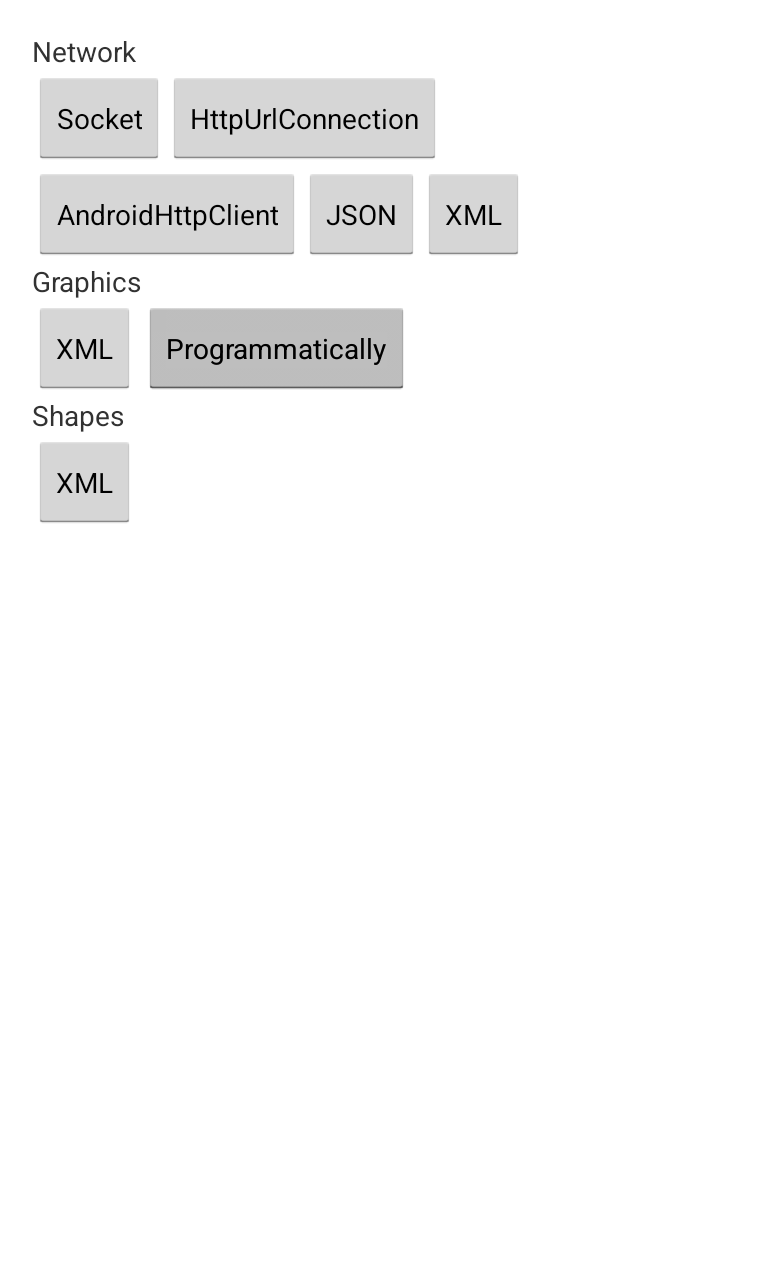
Repository: Amir13/Android_Basic_Steps
Layout: ViewElements4/res/layout/activity_main.xml
An editor plug-in stored every save of this project. The layout is shown before and after the next save, followed by the edit.
It is drawn on a 768 x 1280 px phone screen (xhdpi) without system bars, with theme AppTheme; the app's code is not run.

Above is the layout before, as saved 2014-06-08 15:47:49.

### ViewElements4/res/layout/activity_main.xml
<RelativeLayout xmlns:android="http://schemas.android.com/apk/res/android"
    xmlns:tools="http://schemas.android.com/tools"
    android:layout_width="match_parent"
    android:layout_height="match_parent"
    android:paddingBottom="@dimen/activity_vertical_margin"
    android:paddingLeft="@dimen/activity_horizontal_margin"
    android:paddingRight="@dimen/activity_horizontal_margin"
    android:paddingTop="@dimen/activity_vertical_margin"
    tools:context=".MainActivity" >

    <TextView
        android:id="@+id/textView1"
        android:layout_width="wrap_content"
        android:layout_height="wrap_content"
        android:text="@string/network" />

    <Button
        android:id="@+id/btnSocket"
        style="?android:attr/buttonStyleSmall"
        android:layout_width="wrap_content"
        android:layout_height="wrap_content"
        android:layout_alignParentLeft="true"
        android:layout_below="@+id/textView1"
        android:text="Socket" />

    <Button
        android:id="@+id/btnHttp"
        style="?android:attr/buttonStyleSmall"
        android:layout_width="wrap_content"
        android:layout_height="wrap_content"
        android:layout_alignBaseline="@+id/btnSocket"
        android:layout_alignBottom="@+id/btnSocket"
        android:layout_toRightOf="@+id/btnSocket"
        android:text="HttpUrlConnection" />

    <Button
        android:id="@+id/btnAndroid"
        style="?android:attr/buttonStyleSmall"
        android:layout_width="wrap_content"
        android:layout_height="wrap_content"
        android:layout_alignLeft="@+id/btnSocket"
        android:layout_below="@+id/btnSocket"
        android:text="AndroidHttpClient" />

    <Button
        android:id="@+id/btnJson"
        style="?android:attr/buttonStyleSmall"
        android:layout_width="wrap_content"
        android:layout_height="wrap_content"
        android:layout_alignTop="@+id/btnAndroid"
        android:layout_toRightOf="@+id/btnAndroid"
        android:text="JSON" />

    <Button
        android:id="@+id/btnXml"
        style="?android:attr/buttonStyleSmall"
        android:layout_width="wrap_content"
        android:layout_height="wrap_content"
        android:layout_alignBaseline="@+id/btnJson"
        android:layout_alignBottom="@+id/btnJson"
        android:layout_toRightOf="@+id/btnJson"
        android:text="@string/xml" />

    <Button
        android:id="@+id/btnGraphXml"
        style="?android:attr/buttonStyleSmall"
        android:layout_width="wrap_content"
        android:layout_height="wrap_content"
        android:layout_alignLeft="@+id/textView2"
        android:layout_below="@+id/textView2"
        android:text="@string/xml" />

    <Button
        android:id="@+id/btnGraphProg"
        style="?android:attr/buttonStyleSmall"
        android:layout_width="wrap_content"
        android:layout_height="wrap_content"
        android:layout_alignBaseline="@+id/btnGraphXml"
        android:layout_alignBottom="@+id/btnGraphXml"
        android:layout_toRightOf="@+id/textView2"
        android:text="@string/programmatically" />

    <TextView
        android:id="@+id/textView2"
        android:layout_width="wrap_content"
        android:layout_height="wrap_content"
        android:layout_alignLeft="@+id/btnAndroid"
        android:layout_below="@+id/btnAndroid"
        android:text="@string/title_activity_android_graphics" />

    <TextView
        android:id="@+id/textView3"
        android:layout_width="wrap_content"
        android:layout_height="wrap_content"
        android:layout_alignLeft="@+id/btnGraphXml"
        android:layout_below="@+id/btnGraphXml"
        android:text="@string/title_activity_android_shapes" />

    <Button
        android:id="@+id/btnShapeXml"
        style="?android:attr/buttonStyleSmall"
        android:layout_width="wrap_content"
        android:layout_height="wrap_content"
        android:layout_alignLeft="@+id/textView3"
        android:layout_below="@+id/textView3"
        android:text="@string/xml" />

    <Button
        android:id="@+id/btnShapeProgra"
        style="?android:attr/buttonStyleSmall"
        android:layout_width="wrap_content"
        android:layout_height="wrap_content"
        android:layout_alignBaseline="@+id/btnGraphXml"
        android:layout_alignBottom="@+id/btnGraphXml"
        android:layout_alignLeft="@+id/btnGraphProg"
        android:text="@string/programmatically" />

</RelativeLayout>

### ViewElements4/res/values/dimens.xml
<resources>

    <!-- Default screen margins, per the Android Design guidelines. -->
    <dimen name="activity_horizontal_margin">16dp</dimen>
    <dimen name="activity_vertical_margin">16dp</dimen>
    <dimen name="image_width">250dp</dimen>
    <dimen name="image_height">250dp</dimen>

</resources>

### ViewElements4/res/values/strings.xml
<?xml version="1.0" encoding="utf-8"?>
<resources>

    <string name="app_name">ViewElements4</string>
    <string name="action_settings">Settings</string>
    <string name="network">Network</string>
    <string name="title_activity_http_result">HttpResult</string>
    <string name="title_activity_http_url_connection">NetworkHttpUrlConnection</string>
    <string name="title_activity_android_http">NetworkAndroidHttpClient</string>
    <string name="title_activity_android_json">NetworkAndroidJson</string>
    <string name="title_activity_android_xml">NetworkAndroidXml</string>
    <string name="title_activity_android_graphics">Graphics</string>
    <string name="title_activity_android_shapes">Shapes</string>
    <string name="http_result">This is the result from http request.</string>
    <string name="textViewRequest">Doing the request.....</string>
    <string name="programmatically">Programmatically</string>
    <string name="xml">XML</string>

</resources>

Loaded but not shown: ViewElements4/res/values/styles.xml (common file); ViewElements4/res/values-v11/styles.xml (common file); ViewElements4/res/values-v14/styles.xml (common file)

After the next save:
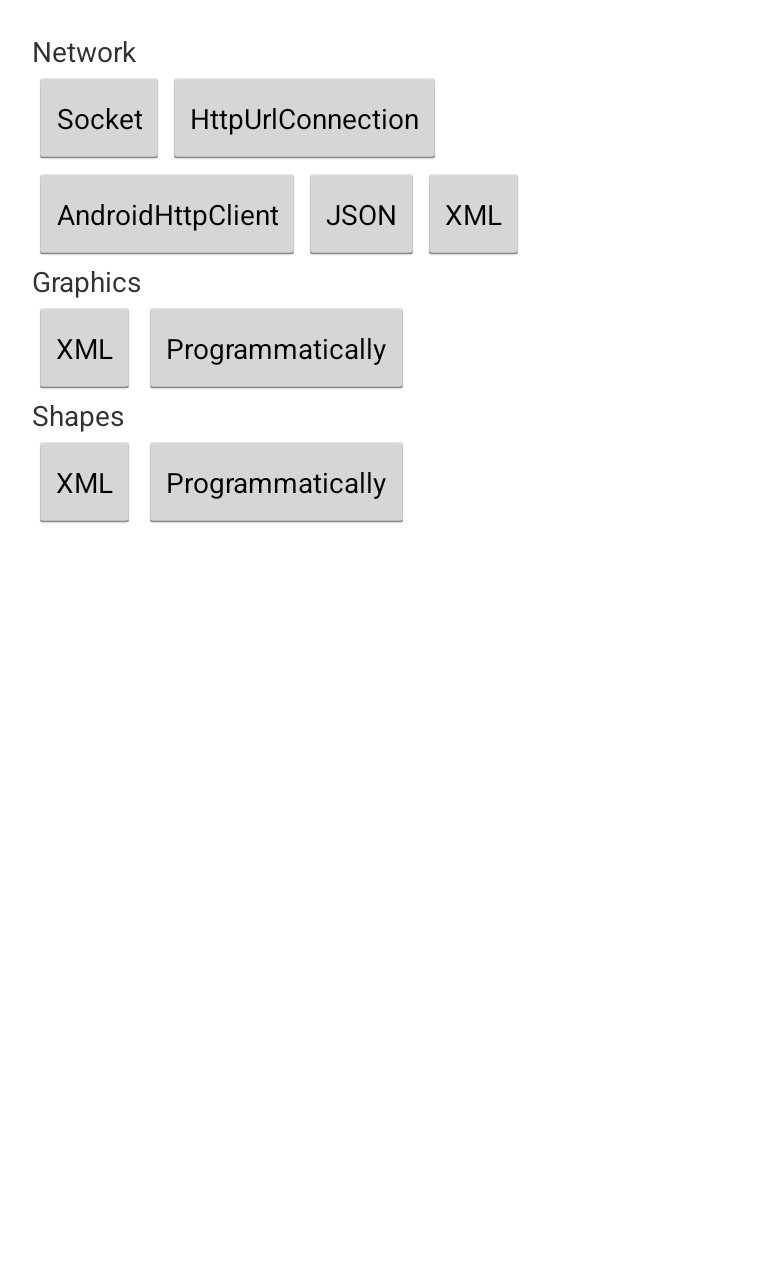
Saved 14 s later.
--- a/ViewElements4/res/layout/activity_main.xml
+++ b/ViewElements4/res/layout/activity_main.xml
@@ -110,8 +110,8 @@
         style="?android:attr/buttonStyleSmall"
         android:layout_width="wrap_content"
         android:layout_height="wrap_content"
-        android:layout_alignBaseline="@+id/btnGraphXml"
-        android:layout_alignBottom="@+id/btnGraphXml"
+        android:layout_alignBaseline="@+id/btnShapeXml"
+        android:layout_alignBottom="@+id/btnShapeXml"
         android:layout_alignLeft="@+id/btnGraphProg"
         android:text="@string/programmatically" />
 
